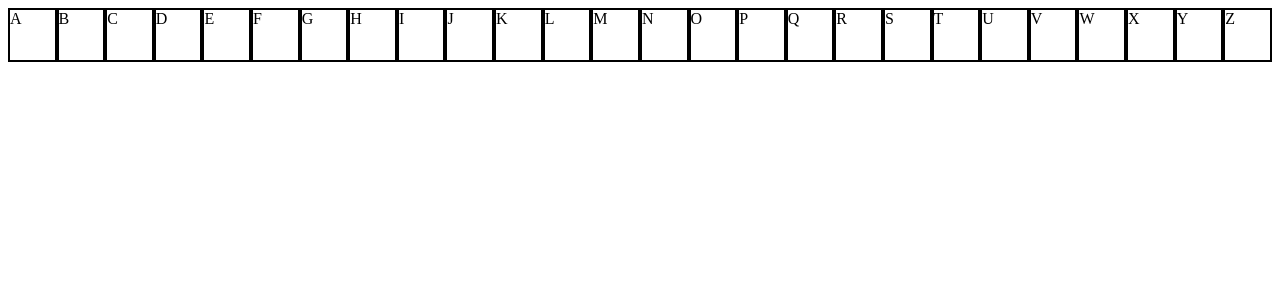
Repository: jcohenp/DI_Exercises
Page: W3/D3/normal/ex_1/index (1).html
An editor plug-in stored every save of this project. The page is shown before and after the next save, followed by the edit.
The browser window is 1280 px wide. The pictures show the whole page.

Above is the page before, as saved 2020-08-25 22:28:09.

### W3/D3/normal/ex_1/index (1).html
<!DOCTYPE html>
<html lang="en">

<head>
    <meta charset="UTF-8">
    <meta name="viewport" content="width=device-width, initial-scale=1.0">
    <title>Document</title>
</head>

<body>
    <div id="container"></div>
    <script src="./js/script2.js"></script>
</body>

</html>

### W3/D3/normal/ex_1/js/script2.js
parent = document.getElementById("container");
parent.style.display = "flex";
parent.style.width = "100%";
parent.style.height = "500px";


for (boxnr = 0; boxnr < 26; ++boxnr) {
    let box = document.createElement("div");
    box.setAttribute("id", boxnr);
    box.classList.add("draggable")
    box.setAttribute("draggable", "true");
    box.setAttribute("ondragstart", "dragStart(event);")
    box.setAttribute("ondragover", "dragOver(event)")
    box.setAttribute("ondrop", "onDrop(event)")
    box.classList.add("dropzone")
    box.style.width = "50px";
    box.style.height = "50px";
    box.style.border = "2px solid black";
    box.innerHTML = String.fromCharCode(65 + boxnr)
    parent.appendChild(box);
}

function dragStart(event) {
    event
    dataTransfer
        .setData('text/plain', event.target.id);

    event
        .currentTarget
        .backgroundColor = 'yellow';

}

function dragOver(event) {
    event.preventDefault();
}

function onDrop(event) {
    const id = event
        .dataTransfer.getData.getData('text')

    const draggableElement = document.getElementById(id);

    const dropzone = event.target;

    event
        .dataTransfer
        .clearData();
}

After the next save:
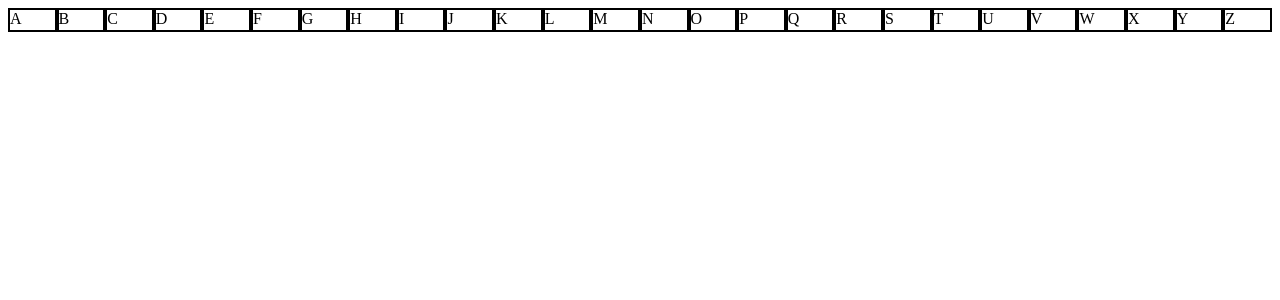
Saved 8 s later.
--- a/W3/D3/normal/ex_1/js/script2.js
+++ b/W3/D3/normal/ex_1/js/script2.js
@@ -14,7 +14,7 @@
     box.setAttribute("ondrop", "onDrop(event)")
     box.classList.add("dropzone")
     box.style.width = "50px";
-    box.style.height = "50px";
+    box.style.height = "20px";
     box.style.border = "2px solid black";
     box.innerHTML = String.fromCharCode(65 + boxnr)
     parent.appendChild(box);
